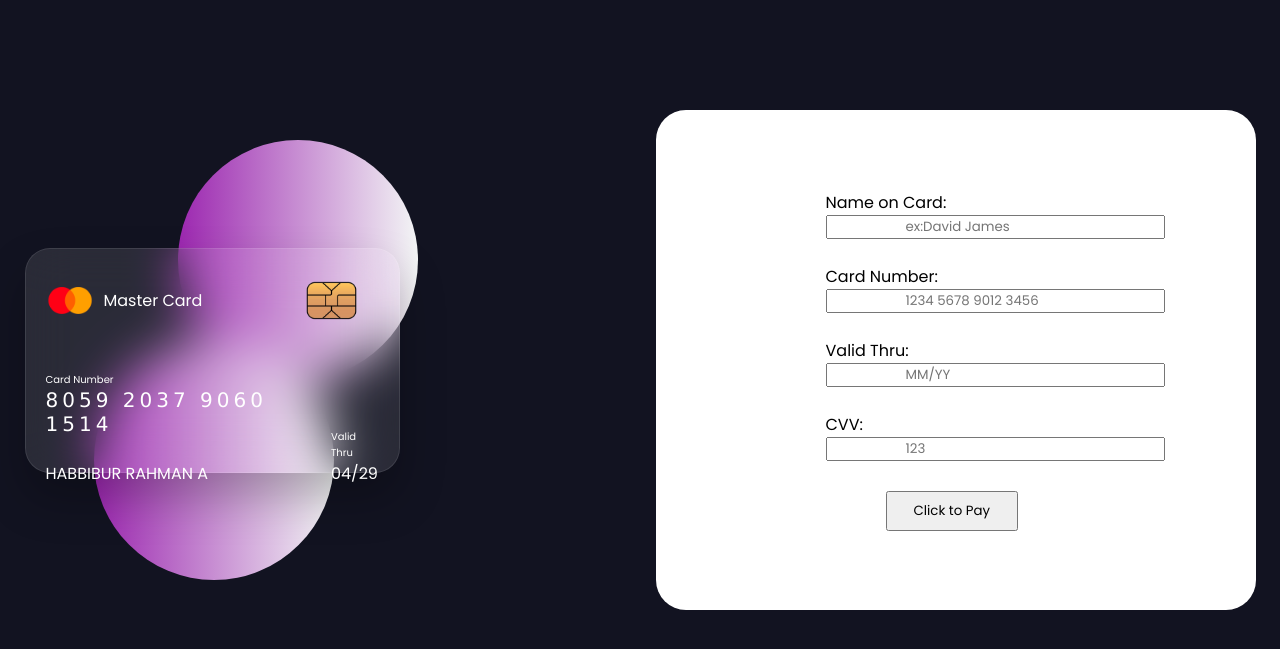
Repository: Habeebur1493/-002-Prompt
Page: index.html
The author's editor kept a copy of each file at every save. The page is drawn from the files as they stood at one save, then again after the next save.
The browser window is 1280 px wide. The pictures show the whole page.

Above is the page before, as saved 2024-09-11 01:30:17.

After the next save:
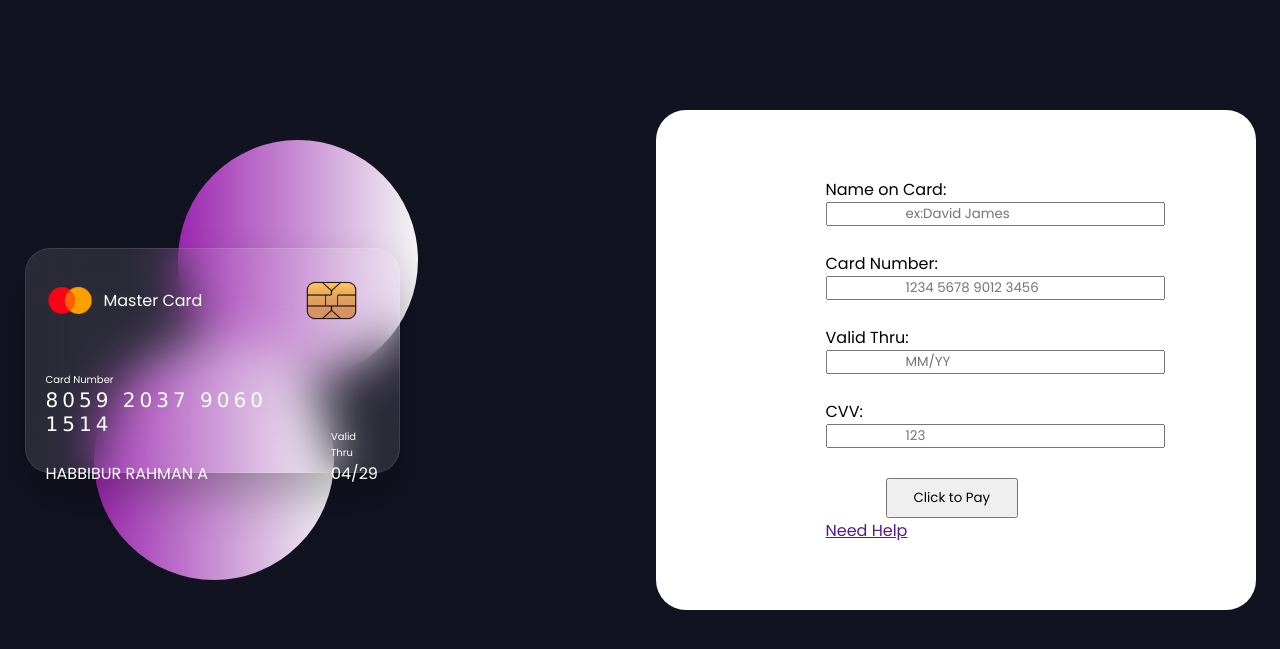
Saved 7 s later.
--- a/index.html
+++ b/index.html
@@ -59,7 +59,7 @@
                 <input type="number" id="cvv" placeholder="123" required>
                 <br>
                 <button>Click to Pay</button>
-                <a href=""></a>
+                <a href="">Need Help</a>
             </form>
 
         </div>
